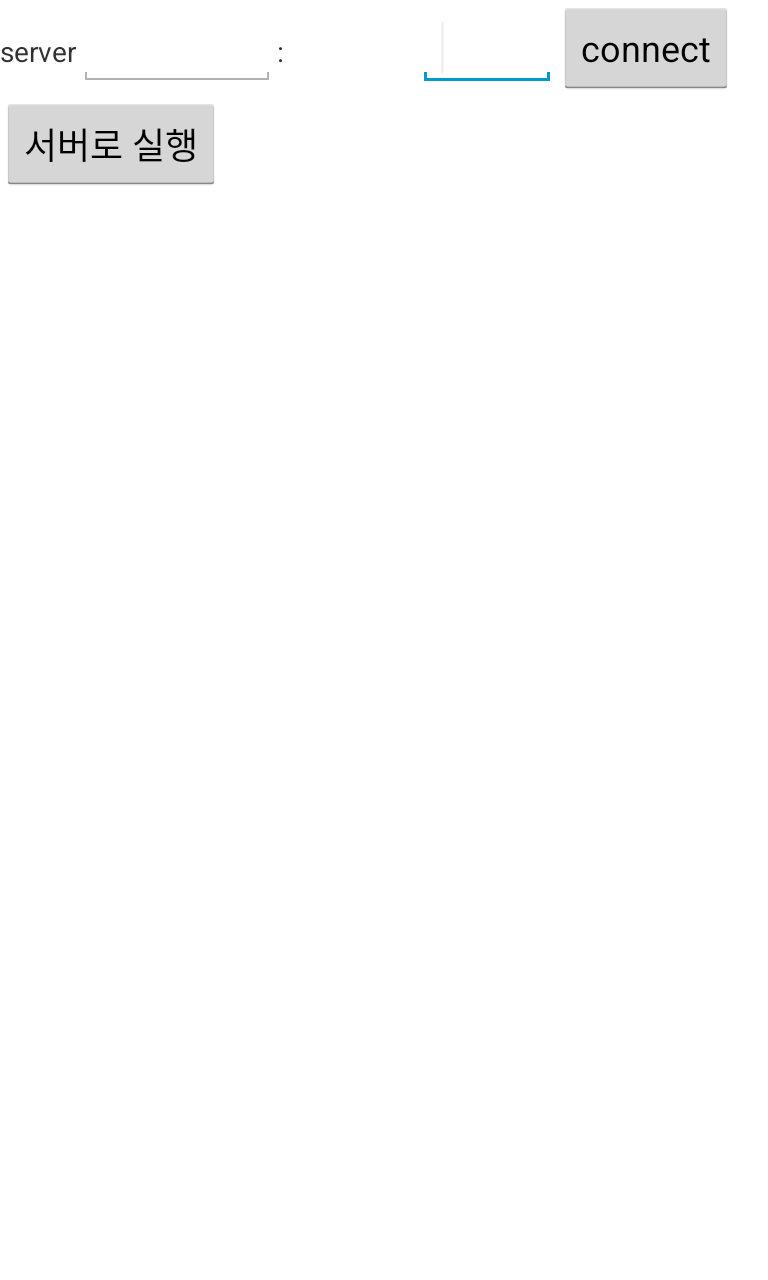
Repository: supremehappy/Android
Layout: MessengerTest/res/layout/activity_main.xml
These files come from the project's save history. The layout is drawn as it stood at one moment and after the next save; the edit follows.
It is drawn on a 768 x 1280 px phone screen (xhdpi) without system bars, with theme AppTheme; the app's code is not run.

Above is the layout before, as saved 2017-09-04 07:26:53.

### MessengerTest/res/layout/activity_main.xml
<LinearLayout xmlns:android="http://schemas.android.com/apk/res/android"
    xmlns:tools="http://schemas.android.com/tools"
    android:id="@+id/LinearLayout1"
    android:layout_width="match_parent"
    android:layout_height="match_parent"
    android:orientation="vertical"
    tools:context="${relativePackage}.${activityClass}" >

    <TableLayout
        android:layout_width="match_parent"
        android:layout_height="wrap_content" >

        <TableRow
            android:id="@+id/tableRow1"
            android:layout_width="wrap_content"
            android:layout_height="wrap_content" >

            <TextView
                android:id="@+id/textView1"
                android:layout_width="wrap_content"
                android:layout_height="wrap_content"
                android:text="@string/server" />

            <EditText
                android:id="@+id/server_ip"
                android:layout_width="100dp"
                android:layout_height="wrap_content"
                android:ems="10" >

                <requestFocus />
            </EditText>

            <TextView
                android:id="@+id/textView2"
                android:layout_width="70dp"
                android:layout_height="wrap_content"
                android:text="@string/a" />

            <EditText
                android:id="@+id/server_port"
                android:layout_width="70dp"
                android:layout_height="wrap_content"
                android:ems="10" >

                <requestFocus />
            </EditText>

            <Button
                android:id="@+id/connect_to_server"
                android:layout_width="wrap_content"
                android:layout_height="wrap_content"
                android:text="@string/c" />

        </TableRow>
    </TableLayout>

    <TableRow
        android:id="@+id/tableRow2"
        android:layout_width="wrap_content"
        android:layout_height="wrap_content" >

        <Button
            android:id="@+id/run_as_server"
            android:layout_width="wrap_content"
            android:layout_height="wrap_content"
            android:text="@string/server1" />
    </TableRow>

</LinearLayout>

### MessengerTest/res/values/strings.xml
<?xml version="1.0" encoding="utf-8"?>
<resources>

    <string name="app_name">MessingerTest</string>
    <string name="hello_world">Hello world!</string>
    <string name="server">server</string>
    <string name="a">:</string>
    <string name="c">connect</string>
    <string name="server1">서버로 실행</string>

</resources>

Loaded but not shown: MessengerTest/res/values/styles.xml (common file); MessengerTest/res/values-v11/styles.xml (common file); MessengerTest/res/values-v14/styles.xml (common file)

After the next save:
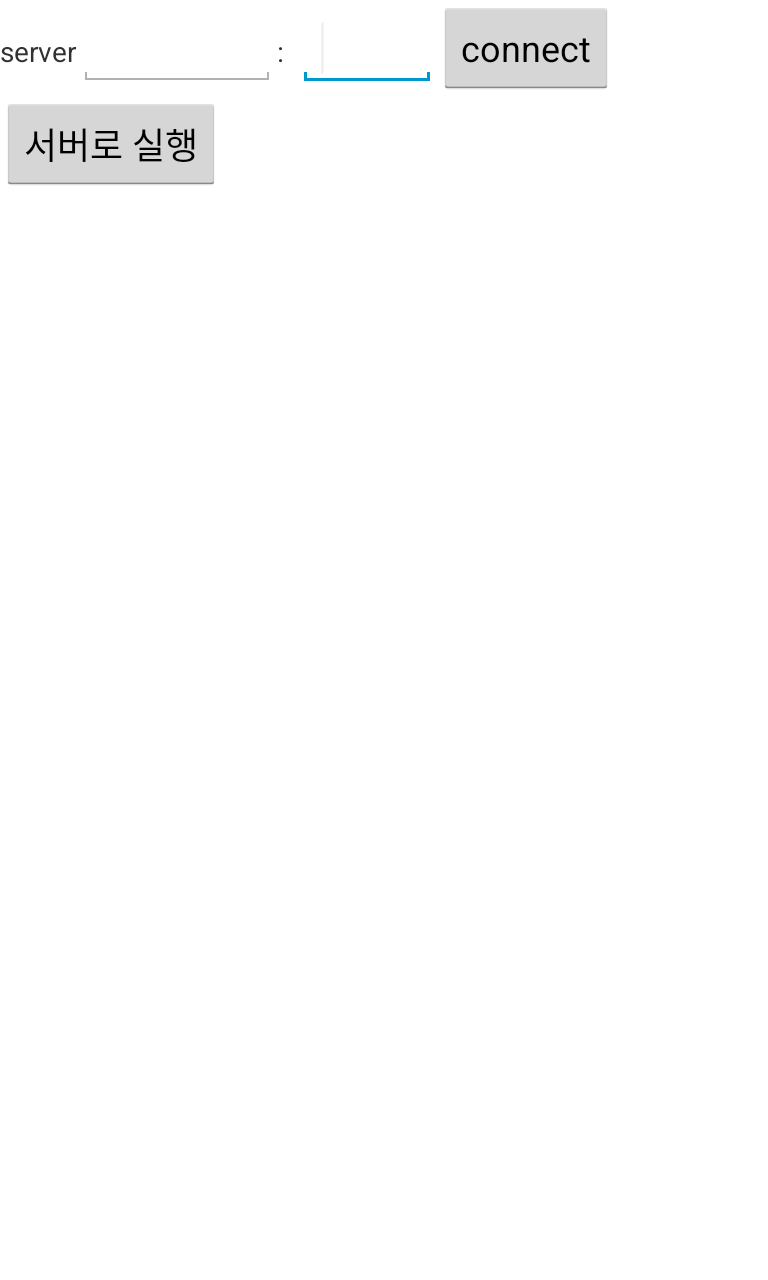
Saved 92 s later.
--- a/MessengerTest/res/layout/activity_main.xml
+++ b/MessengerTest/res/layout/activity_main.xml
@@ -32,7 +32,7 @@
 
             <TextView
                 android:id="@+id/textView2"
-                android:layout_width="70dp"
+                android:layout_width="10dp"
                 android:layout_height="wrap_content"
                 android:text="@string/a" />
 
